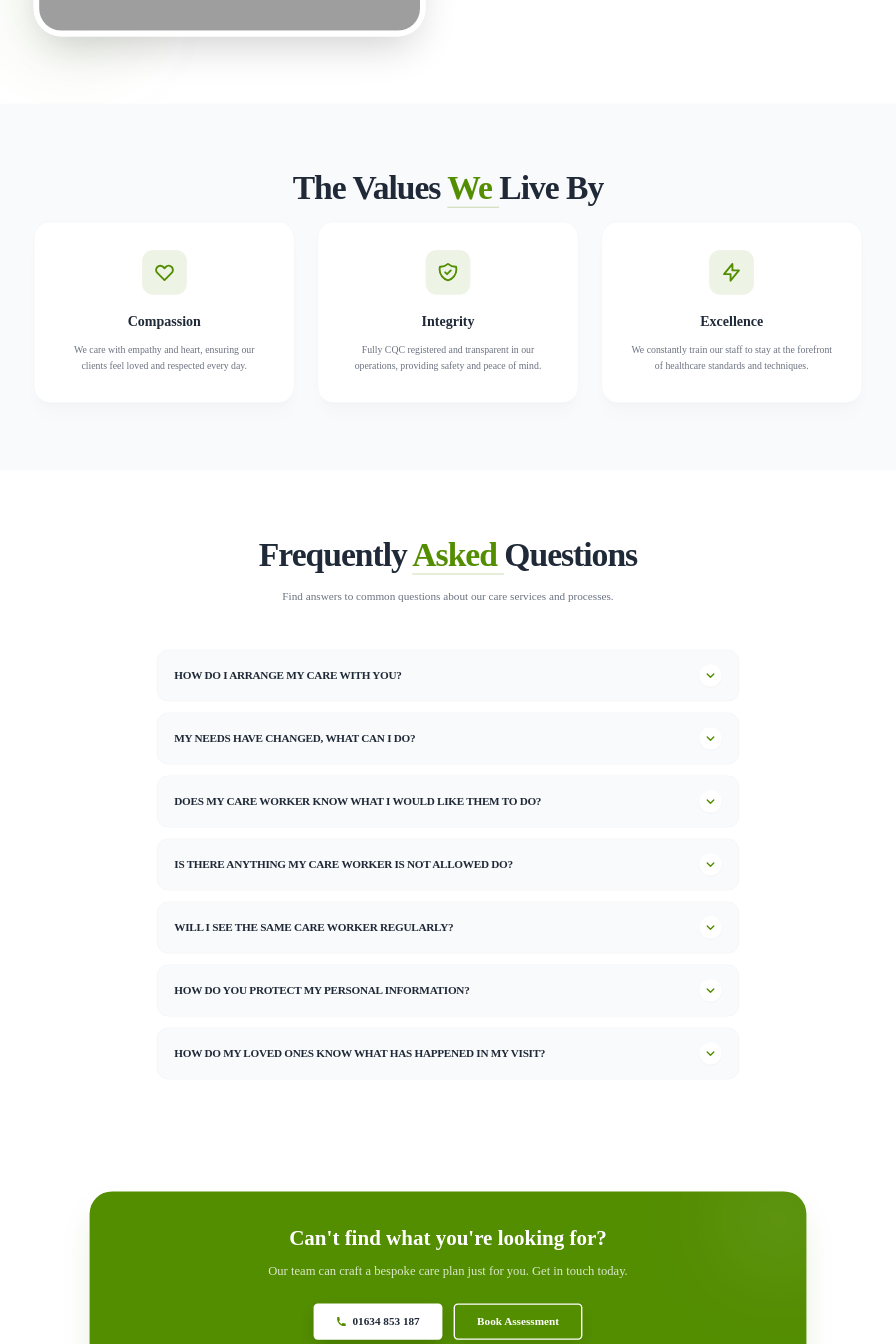
Repository: Iqbalhossen07/care
Page: http://localhost/about.php
These files come from the project's save history. The page is drawn as it stood at one moment and after the next save; the edit follows.
The browser window is 1280 px wide. The pictures show the part of the page from y = 910 to 2830 px (the page is 3379 px tall before and 3371 px after), at 70% of full size.
Pictures or frames that could not be fetched are drawn as grey boxes. Some web fonts or font styles are not loaded; a fallback is used. Some web libraries are served in a nearby version. The page is run by PHP 8.4 with error messages shown; the project is at /var/www/html/.

Above is the page before, as saved 2026-02-28 19:32:13.

After the next save:
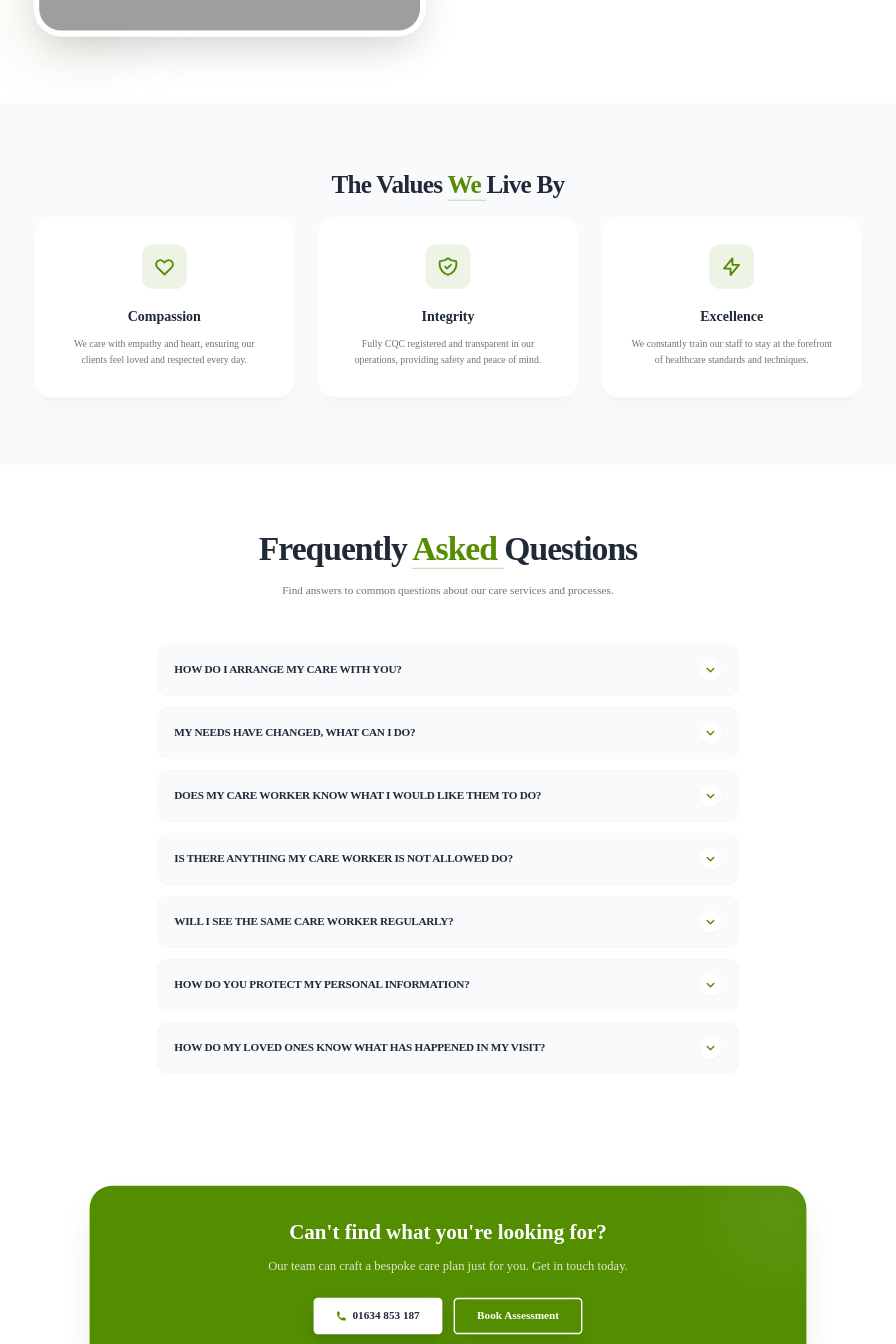
Saved 18 s later.
--- a/about.php
+++ b/about.php
@@ -84,7 +84,7 @@
 
     <section class="py-24 bg-lightBg">
         <div class="max-w-7xl mx-auto px-6 lg:px-12 text-center">
-            <h1 class="font-heading text-2xl  md:text-5xl  font-bold text-darkText mb-4 md:mb-6 tracking-[-0.03em]">
+            <h1 class="font-heading text-2xl  md:text-4xl  font-bold text-darkText mb-4 md:mb-6 tracking-[-0.03em]">
                 The Values
                 <span class="text-brand relative ">We
                     <svg class="absolute -bottom-1.5 left-0 w-full h-1.5 md:h-2 text-brand/30" viewBox="0 0 100 10"
